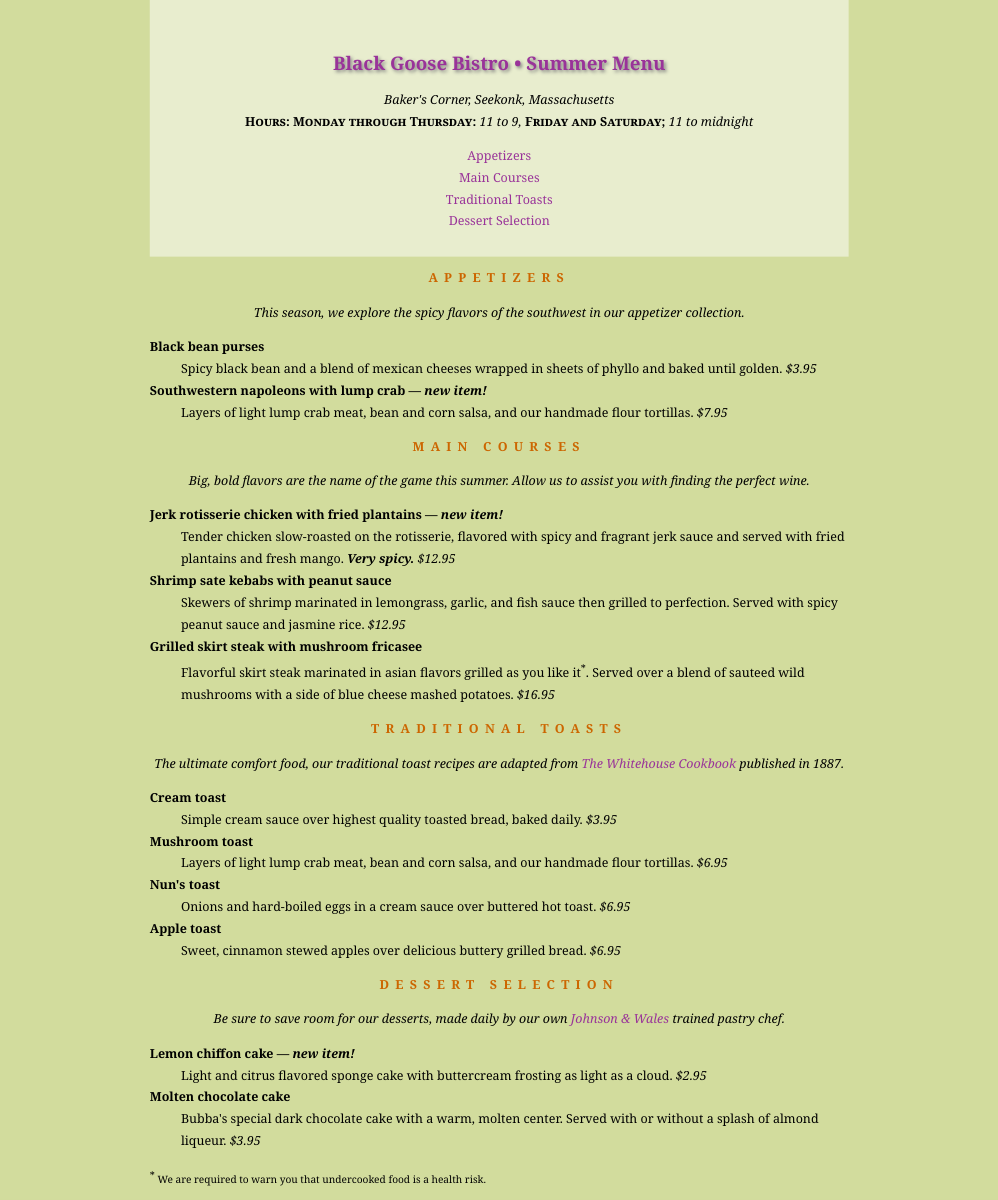
Repository: Lithium87/WebDesign
Page: Bistro/bistro.html
An editor plug-in stored every save of this project. The page is shown before and after the next save, followed by the edit.
The browser window is 1280 px wide. The pictures show the whole page, at 78% of full size.
Some web fonts or font styles are not loaded; a fallback is used.

Above is the page before, as saved 2020-04-14 13:25:54.

After the next save:
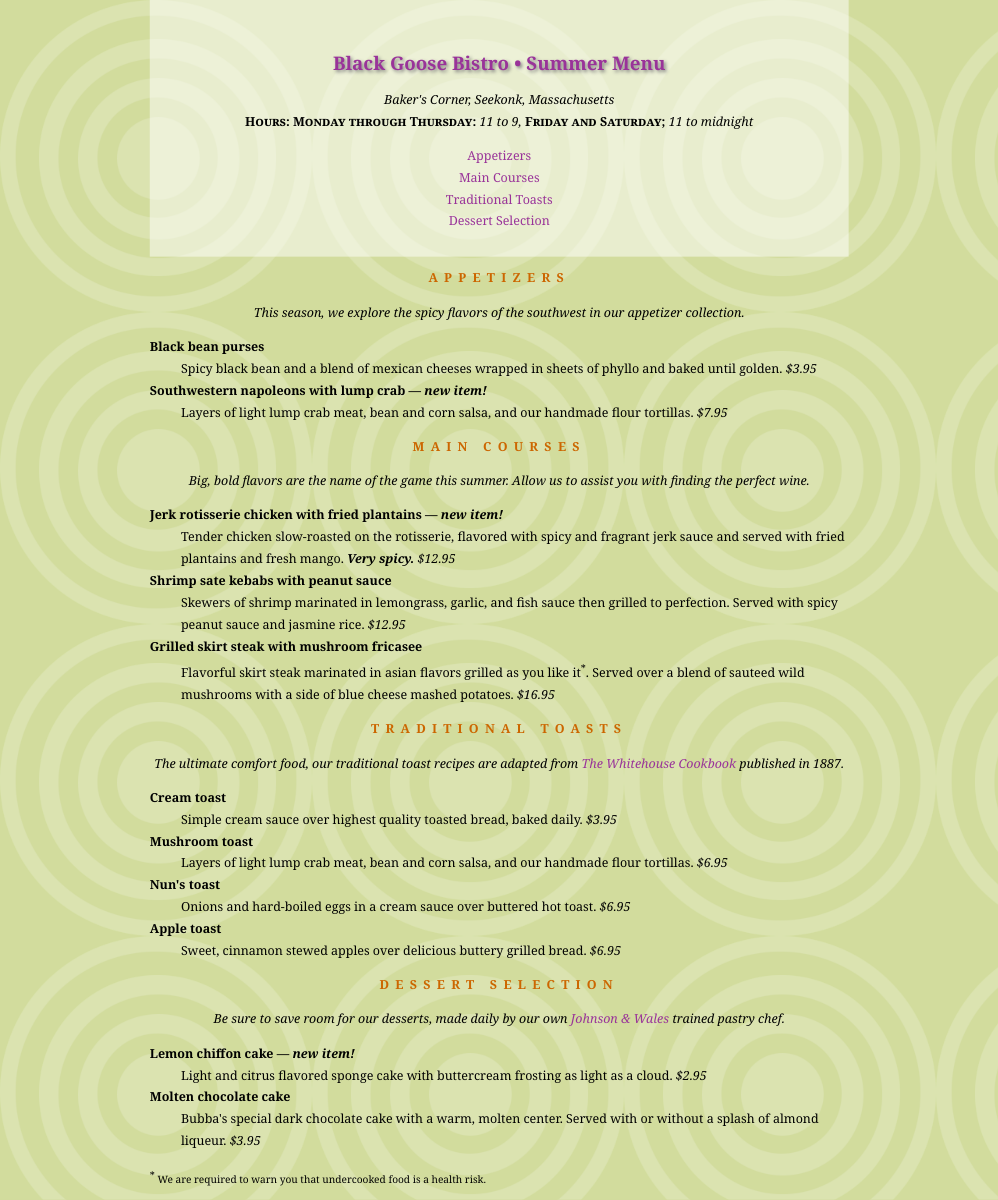
Saved 7 min 54 s later.
--- a/Bistro/bistro.html
+++ b/Bistro/bistro.html
@@ -12,6 +12,7 @@
             line-height: 175%;
             margin: 0 15% 0;
             background-color: #d2dc9d;
+            background-image: url(images/bullseye.png);
         }
 
         #header {
